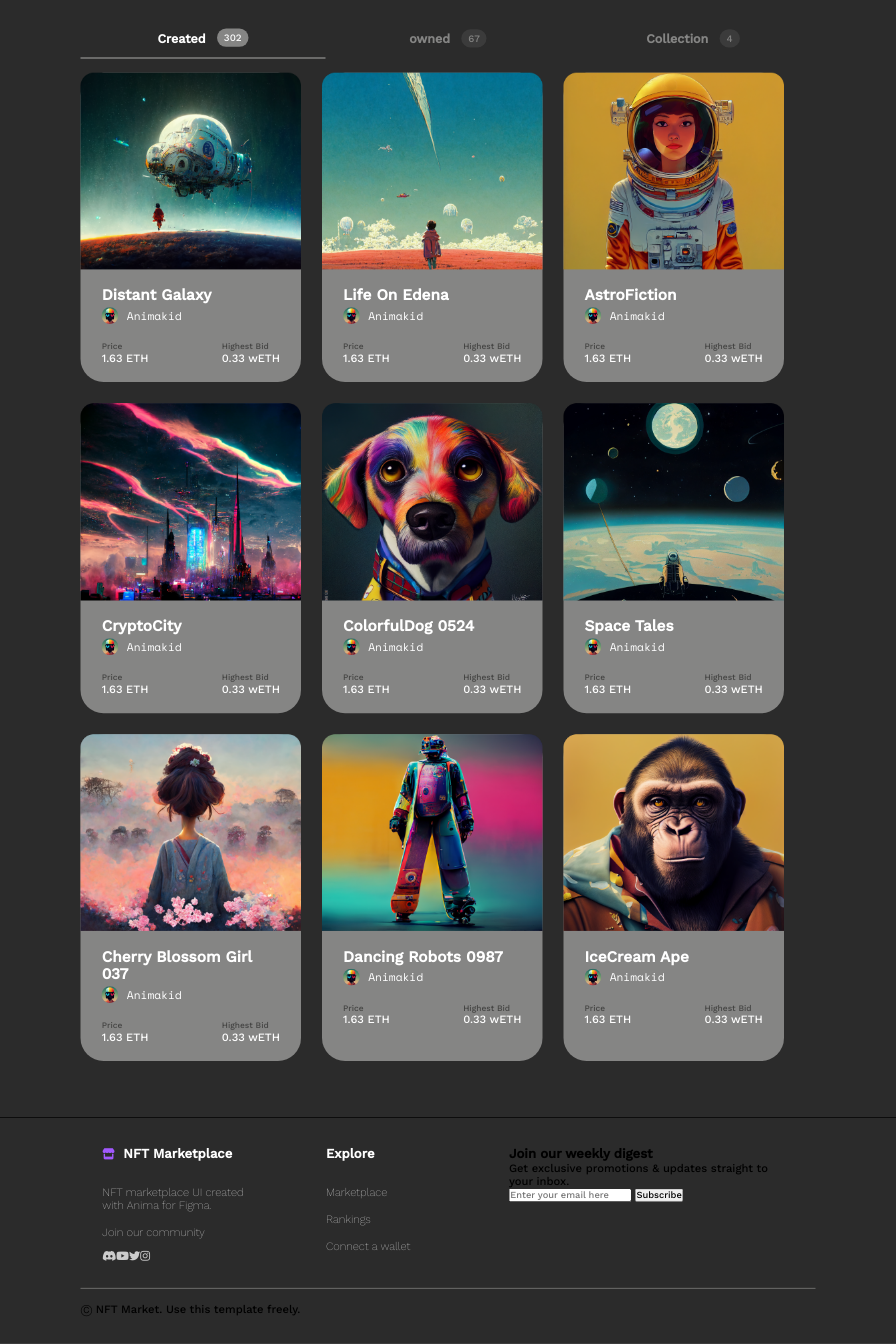
Repository: levananh202ht/NFT_Marketplace
Page: index.html
These files come from the project's save history. The page is drawn as it stood at one moment and after the next save; the edit follows.
The browser window is 1280 px wide. The pictures show the part of the page from y = 847 to 2767 px (the page is 2767 px tall), at 70% of full size.

Above is the page before, as saved 2023-12-11 02:06:06.

### index.html
<!DOCTYPE html>
<html lang="en">
<head>
    <meta charset="UTF-8">
    <meta name="viewport" content="width=device-width, initial-scale=1.0">
    <link rel="stylesheet" href="index.css">
    <link rel="stylesheet" href="responsive.css">
    <link rel="stylesheet" href="https://cdnjs.cloudflare.com/ajax/libs/font-awesome/6.5.1/css/all.min.css" integrity="sha512-DTOQO9RWCH3ppGqcWaEA1BIZOC6xxalwEsw9c2QQeAIftl+Vegovlnee1c9QX4TctnWMn13TZye+giMm8e2LwA==" crossorigin="anonymous" referrerpolicy="no-referrer" />
    <title>Document</title>
</head>
<body>
    <div class="nft_container">
        <!-- header -->
        <div class="nft_header">

            <div class="nft_header-left">
                <i class="fa-solid fa-store"></i>
                <h3>NFT Marketplace</h3>
            </div>

            <ul class="nft_header-right">
                <li class="nft_header-right-item">Marketplace</li>
                <li class="nft_header-right-item">Rankings</li>
                <li class="nft_header-right-item">Connect a wallet</li>
                <li class="nft_header-right-item">
                    <div>
                        <i class="fa-regular fa-user"></i>
                        <p>Sign Up</p>
                    </div>
                </li>
            </ul>

            <i class="icon-bar-responsive fa-solid fa-bars-staggered"></i>

        </div>
        <!-- profileImage -->
        <div class="nft_profileImage">
            <img src="./assets/images/Avatar Placeholder.png" alt="">
        </div>
        <!-- userInfo -->
        <div class="nft_userInfo">

            <div class="nft_userInfo-top">

                <h2>Animakid</h2>
                <div class="nft_userInfo-top-button">
                    <button>
                        <i class="fa-regular fa-copy"></i>
                        <p>0xc0E3...B79C</p>
                    </button>
                    <button>
                        <i class="fa-solid fa-plus"></i>
                        <p>Follow</p>
                    </button>
                </div>

            </div>

            <div class="nft_userInfo-bottom">

                <div class="nft_userInfo-bottom-param">

                    <div>
                        <p class="param">250k+</p>
                        <p class="text">Volume</p>
                    </div>

                    <div>
                        <p class="param">50+</p>
                        <p class="text">NFTs Sold</p>
                    </div>

                    <div>
                        <p class="param">3000+</p>
                        <p class="text">Followers</p>
                    </div>

                </div>

                <div class="nft_userInfo-bottom-bio">

                    <h5>Bio</h5>
                    <p>The internet's friendliest designer kid.</p>

                </div>

                <div class="nft_userInfo-bottom-links">

                    <h5>Links</h5>
                    <ul>
                        <li>
                            <a href="">
                                <i class="fa-solid fa-globe"></i>
                            </a>
                        </li>
                        <li>
                            <a href="https://discord.com/">
                                <i class="fa-brands fa-discord"></i>
                            </a>
                        </li>
                        <li>
                            <a href="https://www.youtube.com/">
                                <i class="fa-brands fa-youtube"></i>
                            </a>
                        </li>
                        <li>
                            <a href="https://twitter.com/">
                                <i class="fa-brands fa-twitter"></i>
                            </a>
                        </li>
                        <li>
                            <a href="https://www.instagram.com/">
                                <i class="fa-brands fa-instagram"></i>
                            </a>
                        </li>
                    </ul>

                </div>

            </div>

        </div>
        <!-- tab -->
        <div class="nft_tab">

            <div class="nft_tab-1">
                <h5>Created</h5>
                <p>302</p>
            </div>
            <div class="nft_tab-2">
                <h5>owned</h5>
                <p>67</p>
            </div>
            <div class="nft_tab-3">
                <h5>Collection</h5>
                <p>4</p>
            </div>

        </div>
        <!-- cardSection -->
        <div class="nft_cardSection">

            <div class="nft_cardSection-item">

                <img class="nft_cardSection-item-img" src="./assets/images/Image Placeholder (1).png" alt="Image Placeholder">

                <div class="nft_cardSection-item-info">

                    <h5>Distant Galaxy</h5>
                    <div >
                        <img src="./assets/images/Avatar Placeholder.png" alt="Avatar">
                        <p>Animakid</p>
                    </div>
                    <div >
                        <span>
                            <p>Price</p>
                            <p>1.63 ETH</p>
                        </span>
                        <span>
                            <p>Highest Bid</p>
                            <p>0.33 wETH</p>
                        </span>
                    </div>

                </div>

            </div>
            <div class="nft_cardSection-item">

                <img class="nft_cardSection-item-img" src="./assets/images/Image Placeholder (2).png" alt="Image Placeholder">

                <div class="nft_cardSection-item-info">

                    <h5>Life On Edena</h5>
                    <div >
                        <img src="./assets/images/Avatar Placeholder.png" alt="Avatar">
                        <p>Animakid</p>
                    </div>
                    <div >
                        <span>
                            <p>Price</p>
                            <p>1.63 ETH</p>
                        </span>
                        <span>
                            <p>Highest Bid</p>
                            <p>0.33 wETH</p>
                        </span>
                    </div>

                </div>

            </div>
            <div class="nft_cardSection-item">

                <img class="nft_cardSection-item-img" src="./assets/images/Image Placeholder (3).png" alt="Image Placeholder">

                <div class="nft_cardSection-item-info">

                    <h5>AstroFiction</h5>
                    <div >
                        <img src="./assets/images/Avatar Placeholder.png" alt="Avatar">
                        <p>Animakid</p>
                    </div>
                    <div >
                        <span>
                            <p>Price</p>
                            <p>1.63 ETH</p>
                        </span>
                        <span>
                            <p>Highest Bid</p>
                            <p>0.33 wETH</p>
                        </span>
                    </div>

                </div>

            </div>

            <div class="nft_cardSection-item">

                <img class="nft_cardSection-item-img" src="./assets/images/Image Placeholder (4).png" alt="Image Placeholder">

                <div class="nft_cardSection-item-info">

                    <h5>CryptoCity</h5>
                    <div >
                        <img src="./assets/images/Avatar Placeholder.png" alt="Avatar">
                        <p>Animakid</p>
                    </div>
                    <div >
                        <span>
                            <p>Price</p>
                            <p>1.63 ETH</p>
                        </span>
                        <span>
                            <p>Highest Bid</p>
                            <p>0.33 wETH</p>
                        </span>
                    </div>

                </div>

            </div>
            <div class="nft_cardSection-item">

                <img class="nft_cardSection-item-img" src="./assets/images/Image Placeholder (5).png" alt="Image Placeholder">

                <div class="nft_cardSection-item-info">

                    <h5>ColorfulDog 0524</h5>
                    <div >
                        <img src="./assets/images/Avatar Placeholder.png" alt="Avatar">
                        <p>Animakid</p>
                    </div>
                    <div >
                        <span>
                            <p>Price</p>
                            <p>1.63 ETH</p>
                        </span>
                        <span>
                            <p>Highest Bid</p>
                            <p>0.33 wETH</p>
                        </span>
                    </div>

                </div>

            </div>
            <div class="nft_cardSection-item">

                <img class="nft_cardSection-item-img" src="./assets/images/Image Placeholder (6).png" alt="Image Placeholder">

                <div class="nft_cardSection-item-info">

                    <h5>Space Tales</h5>
                    <div >
                        <img src="./assets/images/Avatar Placeholder.png" alt="Avatar">
                        <p>Animakid</p>
                    </div>
                    <div >
                        <span>
                            <p>Price</p>
                            <p>1.63 ETH</p>
                        </span>
                        <span>
                            <p>Highest Bid</p>
                            <p>0.33 wETH</p>
                        </span>
                    </div>

                </div>

            </div>

            <div class="nft_cardSection-item">

                <img class="nft_cardSection-item-img" src="./assets/images/Image Placeholder (7).png" alt="Image Placeholder">

                <div class="nft_cardSection-item-info">

                    <h5>Cherry Blossom Girl 037</h5>
                    <div >
                        <img src="./assets/images/Avatar Placeholder.png" alt="Avatar">
                        <p>Animakid</p>
                    </div>
                    <div >
                        <span>
                            <p>Price</p>
                            <p>1.63 ETH</p>
                        </span>
                        <span>
                            <p>Highest Bid</p>
                            <p>0.33 wETH</p>
                        </span>
                    </div>

                </div>

            </div>
            <div class="nft_cardSection-item">

                <img class="nft_cardSection-item-img" src="./assets/images/Image Placeholder (8).png" alt="Image Placeholder">

                <div class="nft_cardSection-item-info">

                    <h5>Dancing Robots 0987</h5>
                    <div >
                        <img src="./assets/images/Avatar Placeholder.png" alt="Avatar">
                        <p>Animakid</p>
                    </div>
                    <div >
                        <span>
                            <p>Price</p>
                            <p>1.63 ETH</p>
                        </span>
                        <span>
                            <p>Highest Bid</p>
                            <p>0.33 wETH</p>
                        </span>
                    </div>

                </div>

            </div>
            <div class="nft_cardSection-item">

                <img class="nft_cardSection-item-img" src="./assets/images/Image Placeholder (9).png" alt="Image Placeholder">

                <div class="nft_cardSection-item-info">

                    <h5>IceCream Ape </h5>
                    <div >
                        <img src="./assets/images/Avatar Placeholder.png" alt="Avatar">
                        <p>Animakid</p>
                    </div>
                    <div >
                        <span>
                            <p>Price</p>
                            <p>1.63 ETH</p>
                        </span>
                        <span>
                            <p>Highest Bid</p>
                            <p>0.33 wETH</p>
                        </span>
                    </div>

                </div>

            </div>

        </div>
        <!-- footer -->
        <div class="nft_footer">
            <div class="nft_footer-info">

                <div class="nft_footer-info-item1">

                    <div>
                        <i class="fa-solid fa-store"></i>
                        <h3>NFT Marketplace</h3>
                    </div>
                    <p>NFT marketplace UI created with Anima for Figma.</p>
                    <p>Join our community</p>
                    <ul>
                        <li>
                            <a href="https://discord.com/">
                                <i class="fa-brands fa-discord"></i>
                            </a>
                        </li>
                        <li>
                            <a href="https://www.youtube.com/">
                                <i class="fa-brands fa-youtube"></i>
                            </a>
                        </li>
                        <li>
                            <a href="https://twitter.com/">
                                <i class="fa-brands fa-twitter"></i>
                            </a>
                        </li>
                        <li>
                            <a href="https://www.instagram.com/">
                                <i class="fa-brands fa-instagram"></i>
                            </a>
                        </li>
                    </ul>

                </div>
                <div class="nft_footer-info-item2">
                    <h3>Explore</h3>
                    <p>Marketplace</p>
                    <p>Rankings</p>
                    <p>Connect a wallet</p>
                </div>
                <div class="nft_footer-info-item3">
                    <h3>Join our weekly digest</h3>
                    <p>Get exclusive promotions & updates straight to your inbox.</p>
                    <div>
                        <input type="text" placeholder="Enter your email here">
                        <button>Subscribe</button>
                    </div>
                </div>

            </div>


            <p>Ⓒ NFT Market. Use this template freely.</p>
        </div>

    </div>
</body>
</html>

### index.css
@import url('https://fonts.googleapis.com/css2?family=Work+Sans:ital,wght@0,200;0,500;1,200;1,500&display=swap');
@import url('https://fonts.googleapis.com/css2?family=Space+Mono:ital@0;1&display=swap');

* {
    margin: 0;
    padding: 0;
    box-sizing: border-box;
    font-family: 'Work Sans', sans-serif;
}
.nft_container {
    background: #2B2B2B;
}
    /* CSS header */
.nft_header {
    background: #2B2B2B;
    display: flex;
    justify-content: space-between;
    color: #F5F5F5;
    padding: 20px 50px;
}

.nft_header .nft_header-left {
    display: flex;
    align-items: center;
}
.nft_header .nft_header-left i {
    color: #A259FF;
}
.nft_header .nft_header-left h3 {
    margin-left: 12px;
}

.nft_header .nft_header-right {
    display: flex;
    list-style:  none;
    align-items: center;

}

.nft_header .nft_header-right .nft_header-right-item {
    margin-left: 20px;
    font-size: 16px;
}

.nft_header .nft_header-right .nft_header-right-item:last-child div {
    padding: 24px 30px;
    display: flex;
    border-radius: 20px;
    background: #A259FF;
}

.nft_header .nft_header-right .nft_header-right-item:last-child div i {
    font-size: 20px;
}

.nft_header .nft_header-right .nft_header-right-item:last-child div p {
    margin-left: 12px;
    font-size: 16px;
}
.nft_header .icon-bar-responsive {
    display: none;
}
    /* CSS profileImage */
.nft_profileImage {
    width: 100%;
    height: 320px;
    background-image: url("./assets/images/Image PlaceHolder.png");
    position: relative;

}

.nft_profileImage img {
    left: 9%;
    position: absolute;
    bottom: -50px;
}
    /* CSS userInfo */
.nft_userInfo {
    margin-top: 50px;
    padding: 40px 9%;
    background: #2B2B2B;
    color: #fff;
}
.nft_userInfo .nft_userInfo-top{
    display: flex;
    justify-content: space-between;
    margin-bottom: 30px;
}
.nft_userInfo .nft_userInfo-top h2 {
    font-size:3.3vw;
    color: white;
}
.nft_userInfo .nft_userInfo-top .nft_userInfo-top-button {
    display: flex;
}
.nft_userInfo .nft_userInfo-top .nft_userInfo-top-button button:nth-child(1) {
    background: #A259FF;
    color: white;
    padding: 24px 50px;
    display: flex;
    border: none;
    border-radius: 20px;
    align-items: center;
}
.nft_userInfo .nft_userInfo-top .nft_userInfo-top-button button:nth-child(1) i {
    margin-right: 12px;
}
.nft_userInfo .nft_userInfo-top .nft_userInfo-top-button button:nth-child(2) {
    margin-left: 20px;
    display: flex;
    align-items: center;
    background: #2B2B2B;
    color: white;
    border: 1px solid #A259FF;
    border-radius: 20px;
    padding: 24px 30px;
}
.nft_userInfo .nft_userInfo-top .nft_userInfo-top-button button:nth-child(2) i {
    margin-right: 12px;
    color: #A259FF;
}

.nft_userInfo .nft_userInfo-bottom {

}
.nft_userInfo .nft_userInfo-bottom .nft_userInfo-bottom-param {
    display: flex;
    justify-content: space-between;
    width: 40%;
}
.nft_userInfo .nft_userInfo-bottom .nft_userInfo-bottom-param div p.param {
    font-size: 1.8vw;
}
.nft_userInfo .nft_userInfo-bottom .nft_userInfo-bottom-param div p.text {
    font-size: 1.4vw;
    font-weight: 300;
}
.nft_userInfo .nft_userInfo-bottom .nft_userInfo-bottom-bio {
    margin-top: 30px;
    margin-bottom: 30px;
}
.nft_userInfo .nft_userInfo-bottom .nft_userInfo-bottom-bio h5 {
    font-size: 1.4vw;
    font-weight: 300;
    margin-bottom: 10px;
}
.nft_userInfo .nft_userInfo-bottom .nft_userInfo-bottom-bio p {
    font-size: 1.4vw;
}
.nft_userInfo .nft_userInfo-bottom .nft_userInfo-bottom-links h5 {
    font-size: 1.4vw;
    font-weight: 300;
    margin-bottom: 10px;
}
.nft_userInfo .nft_userInfo-bottom .nft_userInfo-bottom-links ul {
    display: flex;
    list-style: none;
}
.nft_userInfo .nft_userInfo-bottom .nft_userInfo-bottom-links ul li a {
    margin-right: 10px;
    color: #858584;
}
    /* CSS tab */
.nft_tab{
    display: flex;
    padding: 10px 9%;
    justify-content: space-between;
    color: #858584;
}
.nft_tab .nft_tab-1,
.nft_tab .nft_tab-2,
.nft_tab .nft_tab-3{
    display: flex;
    align-items: center;
    width: 33.33%;
    justify-content: center;
}
.nft_tab h5 {
    margin-right: 16px;
    font-size: 1.4vw;
}
.nft_tab p{
    font-size: 1.1vw;
    padding: 5px 10px;
    background-color: #3B3B3B;
    border-radius: 20px;
}
.nft_tab .nft_tab-1 {
    color: #fff;
    border-bottom: 2px solid #858584;
    padding: 15px 0;
}
.nft_tab .nft_tab-1 p {
    background-color: #858584;
}
    /* CSS cardSection */
.nft_cardSection {
    display: grid;
    grid-template-columns: 30% 30% 30%; /* tạo 3 cột  */
    padding: 10px 9%;
    column-gap: 30px; /* cách cột  */
    row-gap: 30px;  /* cách dòng  */
    padding-bottom: 80px;
}
.nft_cardSection .nft_cardSection-item {
    background: #858584;
    border-radius: 33px;
}
.nft_cardSection .nft_cardSection-item .nft_cardSection-item-img {
    width: 100%;
}
.nft_cardSection .nft_cardSection-item .nft_cardSection-item-info {
    padding: 20px 30px 25px;
    color: #fff;
}
.nft_cardSection .nft_cardSection-item .nft_cardSection-item-info  h5 {
    font-size: 22px;
    font-weight: 600;
    margin-bottom: 5px;
}
.nft_cardSection .nft_cardSection-item .nft_cardSection-item-info div:nth-child(2) {
    display: flex;
    margin-bottom: 25px;
    align-items: center;
}
.nft_cardSection .nft_cardSection-item .nft_cardSection-item-info div:nth-child(2) img {
    width: 24px;
    height: 24px;
    margin-right: 12px;
    border-radius: 50%;
}
.nft_cardSection .nft_cardSection-item .nft_cardSection-item-info div:nth-child(2) p {
    font-size: 16px;
    font-style: normal;
    font-family: 'Space Mono', monospace;
    font-weight: 400;
}
.nft_cardSection .nft_cardSection-item .nft_cardSection-item-info div:nth-child(3) {
    display: flex;
    justify-content: space-between;
    font-family: 'Space Mono', monospace;
}
.nft_cardSection .nft_cardSection-item .nft_cardSection-item-info div:nth-child(3) span p:nth-child(1) {
    font-size: 12px;
    font-style: normal;
    font-weight: 400;
    color: #444443;
}
.nft_cardSection .nft_cardSection-item .nft_cardSection-item-info div:nth-child(3) span p:nth-child(2) {
    font-size: 16px;
    font-style: normal;
    font-weight: 400;
}
    /* CSS footer */
.nft_footer {
    padding: 40px 9%;
    border-top: 1px solid #000;
}
.nft_footer .nft_footer-info {
    display: flex;
    justify-content: space-between;
    padding: 0 31px 30px;
    border-bottom: 1px solid #858584;
    margin-bottom: 20px;
}
.nft_footer .nft_footer-info .nft_footer-info-item1 div {
    display: flex;
    align-items: center;
    margin-bottom: 33.6px;
}
.nft_footer .nft_footer-info .nft_footer-info-item1 div i {
    color: #A259FF;
    margin-right: 12px;
}
.nft_footer .nft_footer-info .nft_footer-info-item1 div h3 {
    color: #fff;
}
.nft_footer .nft_footer-info .nft_footer-info-item1 p {
    color: #CCC;
    font-size: 16px;
    font-weight: 200;
    width: 65%;
}
.nft_footer .nft_footer-info .nft_footer-info-item1 p:nth-child(2){
    margin-bottom: 20px;
}
.nft_footer .nft_footer-info .nft_footer-info-item1 p:nth-child(3){
    margin-bottom: 15px;
}
.nft_footer .nft_footer-info .nft_footer-info-item1  ul {
    display: flex;
    list-style: none;
}
.nft_footer .nft_footer-info .nft_footer-info-item1  ul li a {
    color: #ccc;
}
.nft_footer .nft_footer-info .nft_footer-info-item2 {
    color: #CCC;
    width: 30%;
}
.nft_footer .nft_footer-info .nft_footer-info-item2 h3 {
    font-style: normal;
    font-weight: 700;
    color: #fff;
    line-height: 22px;
    padding-bottom: 33.6px;
}
.nft_footer .nft_footer-info .nft_footer-info-item2  p {
    font-family: Work Sans;
    font-size: 16px;
    font-style: normal;
    font-weight: 200;
    padding-bottom: 20px;
}

Loaded but not shown: responsive.css (104 lines, source omitted)

After the next save:
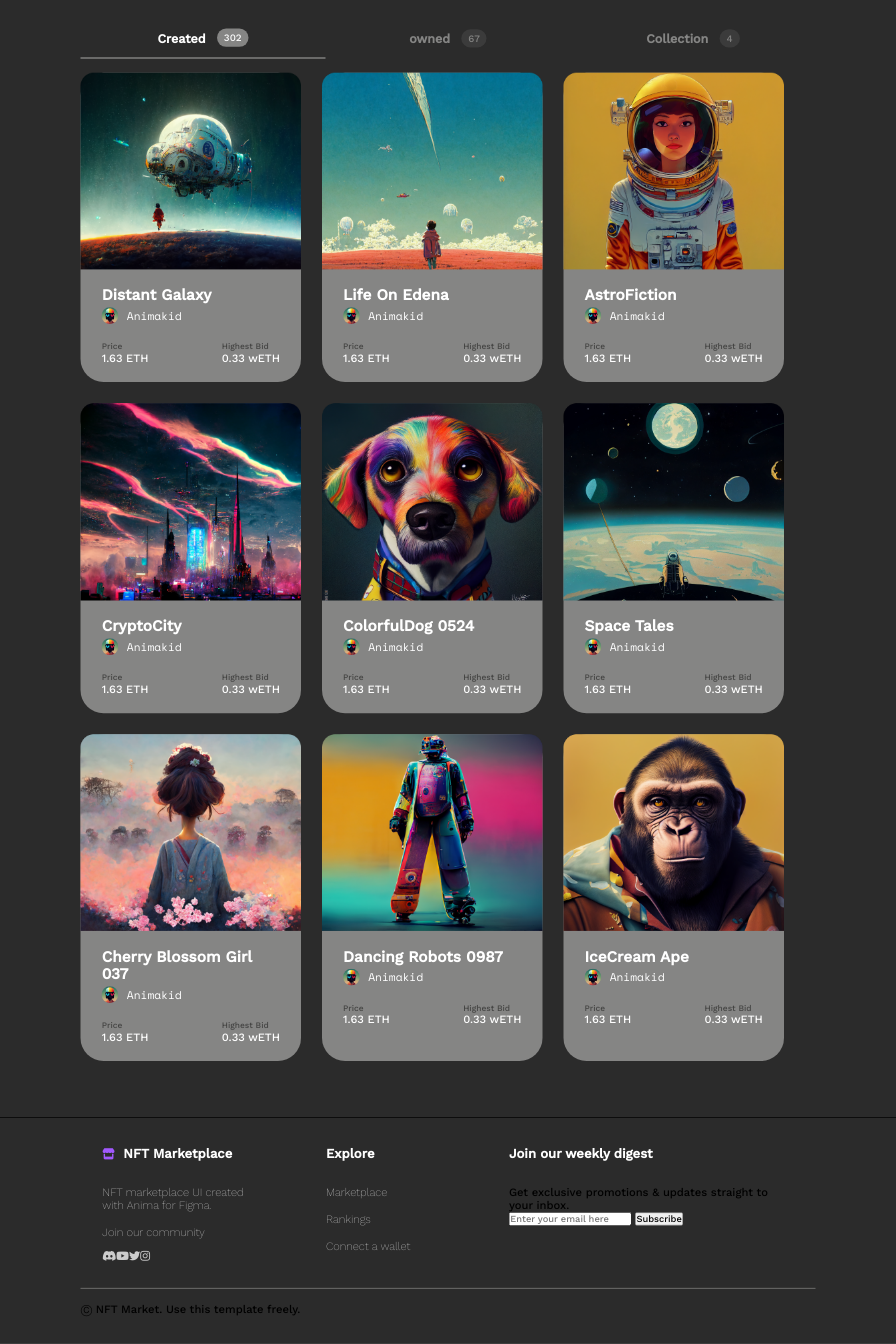
Saved 47 s later.
--- a/index.css
+++ b/index.css
@@ -312,3 +312,10 @@
     font-weight: 200;
     padding-bottom: 20px;
 }
+.nft_footer .nft_footer-info .nft_footer-info-item3 h3 {
+    font-style: normal;
+    font-weight: 700;
+    color: #fff;
+    line-height: 22px;
+    padding-bottom: 33.6px;
+}
